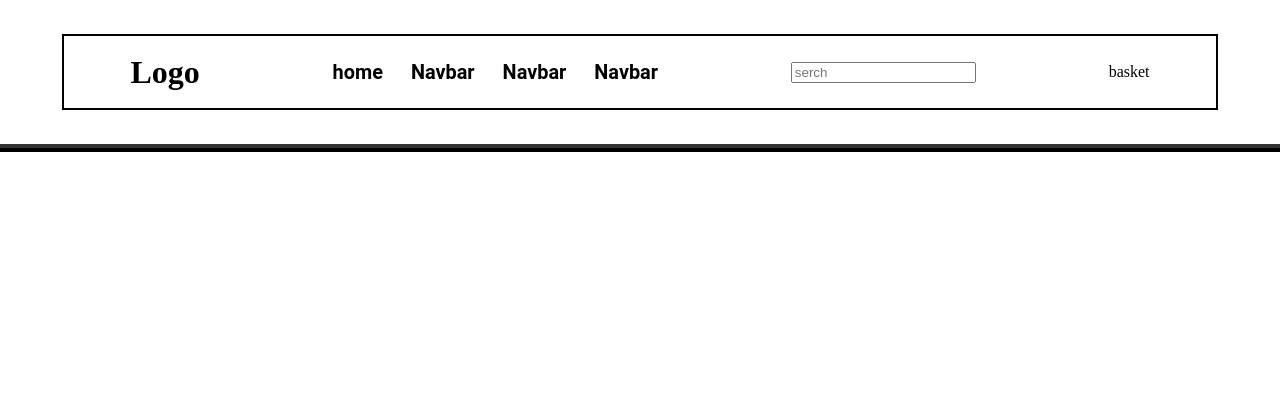
Repository: Islam432/Islam-and-Arsi---team
Page: /
The author's editor kept a copy of each file at every save. The page is drawn from the files as they stood at one save, then again after a run of saves.
The browser window is 1280 px wide. The pictures show the whole page.
The project was rebuilt for these pictures with package versions that can differ from the ones it lists, and the page was loaded fresh each time. Also part of the build but not shown: vite.config.js, src/App.css, src/components/Comp/Comp.jsx.

Above is the page before, as saved 2023-03-11 22:59:08.

### src/main.jsx
import React from "react";
import ReactDOM from "react-dom/client";
import App from "./App";
import "./index.css";
import { BrowserRouter } from "react-router-dom";


ReactDOM.createRoot(document.getElementById("root")).render(
  <React.StrictMode>

      <BrowserRouter>
        <App />
      </BrowserRouter>

  </React.StrictMode>
);

### src/App.jsx
import { useState } from "react";
import reactLogo from "./assets/react.svg";
import "./App.css";
import { Route, Routes } from "react-router-dom";
import { Layout } from "./components/Layout";
import { Home } from "./components/Home/Home";
import { Comp } from "./components/Comp/Comp";

function App() {
  return (

    <Layout>  <Routes>
    <Route path="/" element = {<Home/>}/>
    <Route path="/comp" element= {<Comp/>} />
  </Routes></Layout>

  );
}

export default App;

### src/components/Layout/index.jsx
import React from 'react'
import { Navbar } from '../Navbar/Navbar'

export const Layout = ({children}) => {
  return (
  <>
 <Navbar/>
  <main>{children}</main>
  </>
  )
}

### src/components/Home/Home.jsx
import React from 'react'
import styles from './Home.module.css'


export const Home = () => {
  return (
    <div className={styles.cont}>
      <div className={styles.blok1}></div>
    </div>
  )
}

### src/components/Navbar/Navbar.jsx
import React from "react";
import { NavLink } from "react-router-dom";
import styles from "./Navbar.module.css";

export const Navbar = () => {
  return (
    <div className={styles.cont}>
      <div className={styles.allnav}>
        <h1>Logo</h1>

        <div className={styles.navbar}>
          <NavLink to={'/'} className={styles.NavLink}>
            <h3>home</h3>
          </NavLink>
          <NavLink to={'/comp'} className={styles.NavLink}>
            <h3>Navbar</h3>
          </NavLink>
          <NavLink className={styles.NavLink}>
            <h3>Navbar</h3>
          </NavLink>
          <NavLink className={styles.NavLink}>
            <h3>Navbar</h3>
          </NavLink>

        </div>

        <div className={styles.inputblok}>
          <input type="text" placeholder="serch" />
        </div>

        <div>basket</div>
      </div>
    </div>
  );
};

### src/components/Home/Home.module.css
.cont{
    margin: 0;


  border: 2px solid black;
}
s

### src/components/Navbar/Navbar.module.css
.cont {
    margin: 0;
  display: flex;
  align-items: center;
  justify-content: center;
  height: 20vh;
  background: #ffffff;
border-bottom: 4px solid #333;
}

.allnav {
  display: flex;
  align-items: center;
  justify-content: space-around;
  width: 90%;
  height: 10vh;
  border: 2px solid black;
}
.navbar {
  display: flex;
  justify-content: space-around;
  align-items: center;
  gap: 28px;

  font-family: Roboto;
  font-style: Bold;
  font-size: 17px;

}
.NavLink{
    text-decoration: none;
    color: rgb(0, 0, 0);
}

Loaded but not shown: index.html (common file); src/index.css (common file)

After the next 3 saves:
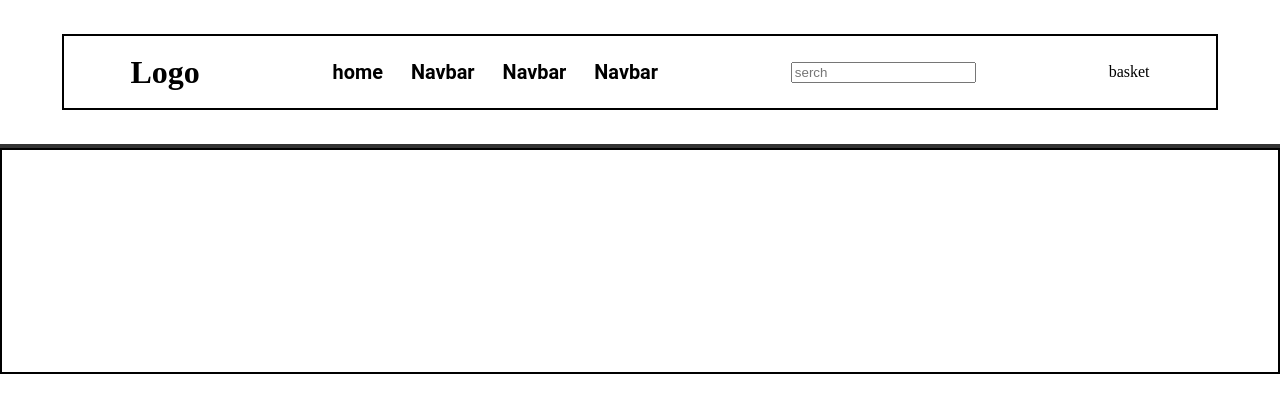
The 3 saves are shown as one change because they came seconds apart.
The last was saved 8 s later.
--- a/src/components/Home/Home.module.css
+++ b/src/components/Home/Home.module.css
@@ -1,6 +1,6 @@
 .cont{
     margin: 0;
-
+ height: 222px;
 
   border: 2px solid black;
 }

After the 5 saves that followed:
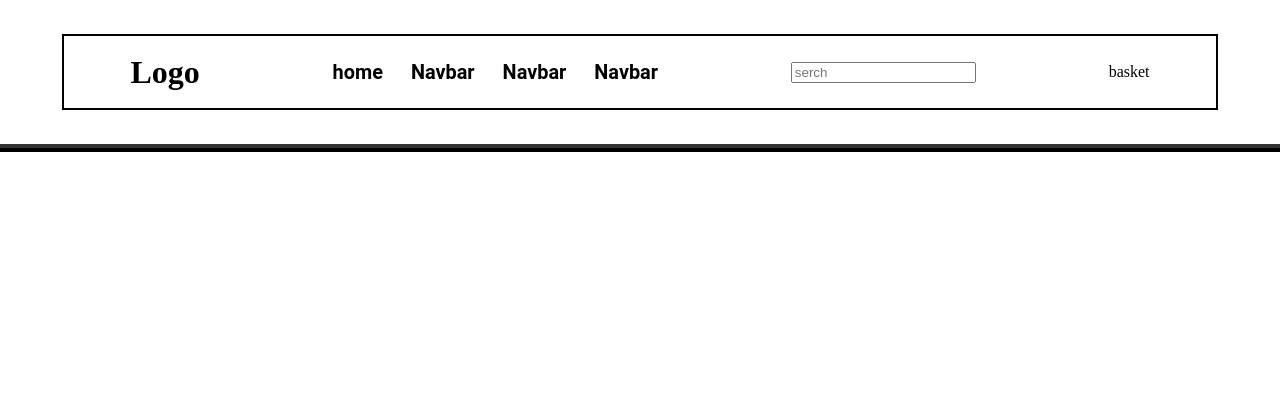
The 5 saves are shown as one change because 2 left the picture as it was and some came seconds apart.
The last was saved 35 s later.
--- a/src/components/Home/Home.module.css
+++ b/src/components/Home/Home.module.css
@@ -1,7 +1,9 @@
 .cont{
     margin: 0;
- height: 222px;
+
 
   border: 2px solid black;
 }
-s
+.blok{
+    background: ;
+}
